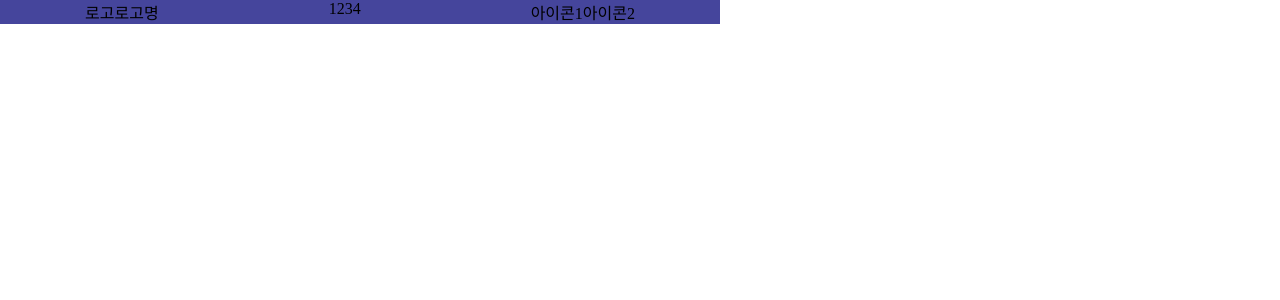
Repository: rlatlswo135/header_project
Page: header.html
The author's editor kept a copy of each file at every save. The page is drawn from the files as they stood at one save, then again after the next save.
The browser window is 1280 px wide. The pictures show the whole page.
Some web libraries are served in a nearby version.

Above is the page before, as saved 2021-05-30 21:06:49.

After the next save:
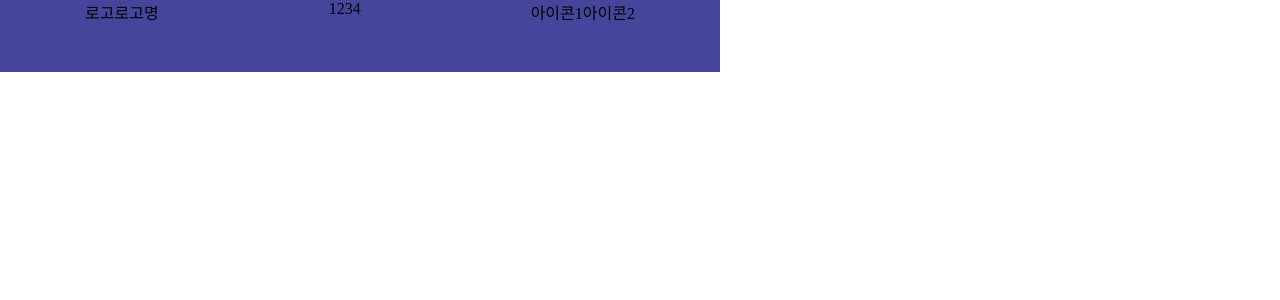
Saved 6 s later.
--- a/header.css
+++ b/header.css
@@ -12,7 +12,7 @@
   justify-content: space-around;
   background-color: rgb(69, 69, 156);
   width: 100vh;
-  height: 30%;
+  height: 10vh;
 }
 
 .header_logobox {
